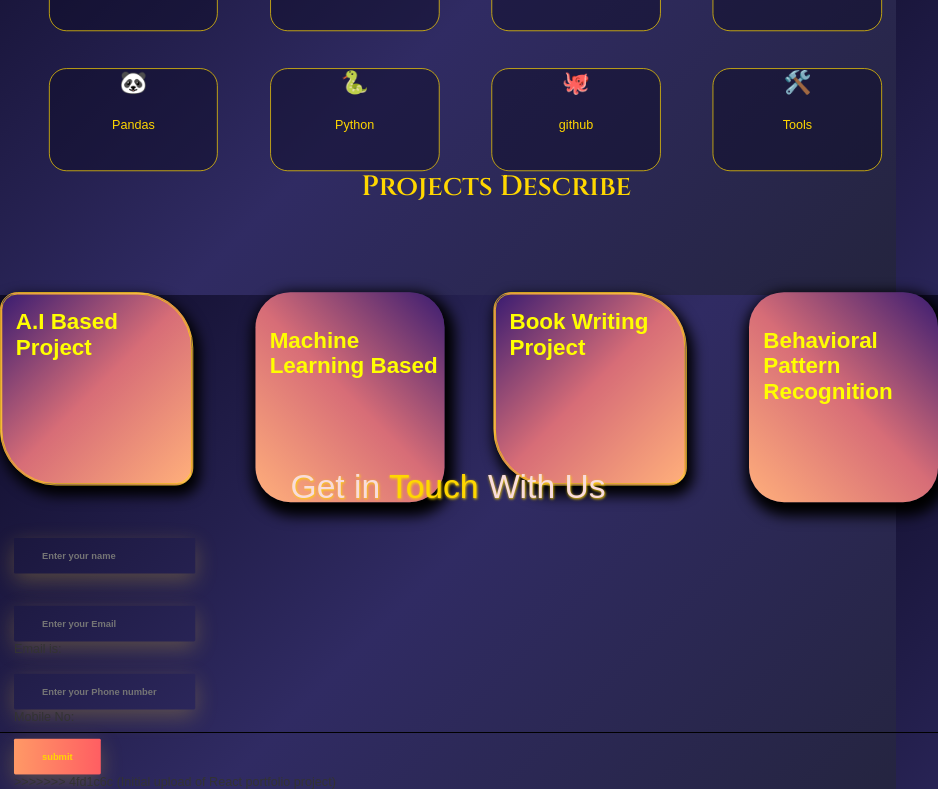
Repository: SandeepYadav18717/Sandeep_portfolio
Page: /
The author's editor kept a copy of each file at every save. The page is drawn from the files as they stood at one save, then again after the next save.
The browser window is 1280 px wide. The page is 1340 px wide, so the pictures cover 1340 px, including what lies to the right of the window. The pictures show the part of the page from y = 1859 to 3699 px (the page is 2986 px tall before and 3790 px after), at 70% of full size.
The project was rebuilt for these pictures with package versions that can differ from the ones it lists, and the page was loaded fresh each time. Also part of the build but not shown: vite.config.js, src/index.css.

Above is the page before, as saved 2025-09-01 20:19:55.

### index.html
<<<<<<< HEAD
 <!DOCTYPE html>
<html lang="en">
<head>
    <meta charset="UTF-8">
    <meta name="viewport" content="width=device-width, initial-scale=1.0">
    <title>Portfolio - Sandeep Yadav</title>
    <style>
        body {
            margin: 0;
            font-family: 'Arial', sans-serif;
            background-color: #ffffff;
            color: #333333;
            height: 100vh;
            display: flex;
            flex-direction: column;
            justify-content: space-between;
        }

        .container {
            max-width: 1200px;
            margin: 0 auto;
            padding: 20px;
            flex: 1;
        }

        .navbar {
            display: flex;
            justify-content: space-between;
            align-items: center;
            padding: 20px;
            background-color: #f8f8f8;
            box-shadow: 0 4px 8px rgba(0, 0, 0, 0.1);
            animation: slideIn 1s ease-out;
        }

        .navbar ul {
            list-style: none;
            display: flex;
            gap: 20px;
        }

        .navbar ul li {
            display: inline;
        }

        .navbar ul li a {
            color: #333333;
            text-decoration: none;
            font-weight: bold;
            transition: color 0.3s;
        }

        .navbar ul li a:hover {
            color: #007bff;
        }

        .hero {
            text-align: center;
            padding: 100px 20px;
            background: linear-gradient(135deg, #f8f8f8, #ffffff);
            animation: fadeIn 2s ease-in-out;
            flex: 1;
        }

        .hero h1 {
            font-size: 3em;
            margin: 0;
            color: #007bff;
            animation: bounceIn 1.5s ease-in-out;
        }

        .hero p {
            font-size: 1.2em;
            margin: 20px 0;
            color: #333333;
            animation: fadeIn 2s ease-in-out;
        }

        .hero a {
            display: inline-block;
            padding: 10px 20px;
            color: #ffffff;
            background-color: #007bff;
            text-decoration: none;
            border-radius: 5px;
            transition: background-color 0.3s;
            animation: fadeIn 2s ease-in-out;
        }

        .hero a:hover {
            background-color: #0056b3;
        }

        .footer {
            text-align: center;
            padding: 20px;
            background-color: #f8f8f8;
            animation: slideIn 1s ease-out;
        }

        .footer a {
            color: #007bff;
            text-decoration: none;
        }

        @keyframes slideIn {
            from {
                transform: translateY(-100%);
                opacity: 0;
            }
            to {
                transform: translateY(0);
                opacity: 1;
            }
        }

        @keyframes fadeIn {
            from {
                opacity: 0;
            }
            to {
                opacity: 1;
            }
        }

        @keyframes bounceIn {
            0%, 20%, 40%, 60%, 80%, 100% {
                transform: translateY(0);
            }
            50% {
                transform: translateY(-20px);
            }
        }
    </style>
</head>
<body>
    <div class="container">
        <nav class="navbar">
            <div class="logo">
                <h1>Portfolio</h1>
            </div>
            <ul>
                <li><a href="index.html">Home</a></li>
                <li><a href="about sandeep.html">About</a></li>
                <li><a href="Sandeep port experience.html">Skills</a></li>
                <li><a href="Sandeep port certifications.html">Certificates</a></li>
            </ul>
        </nav>

        <section class="hero" id="home">
            <h1>Hello! I Am Sandeep Yadav</h1>
            <p>Welcome to my portfolio. Explore my work and skills.</p>

        </section>

        <footer class="footer">
            <p>Connect with me on <a href="https://instagram.com/sandeepyadav782707?utm_source=qr&igshid=ZDc4ODBmNjlmNQ%3D%3D">Instagram</a> and <a href="https://www.linkedin.com/in/sandeep-yadav-0b6357210">LinkedIn</a></p>
        </footer>
    </div>
</body>
</html>
=======
<!doctype html>
<html lang="en">
  <head>
    <meta charset="UTF-8" />
    <link rel="icon" type="image/svg+xml" href="/vite.svg" />
    <meta name="viewport" content="width=device-width, initial-scale=1.0" />
    <title>Vite + React</title>
  </head>
  <body>
    <div id="root"></div>
    <script type="module" src="/src/main.jsx"></script>
  </body>
</html>
>>>>>>> 4fd1c6c (Initial upload of React portfolio project)

### src/App.jsx
import { useEffect } from "react";
import Navbar from "./navbar/Navbar";
import Index from "./Pages/Index";
import Skills from "./Pages/Skills";
import Cards from "./Cards/Cards";
import Contact from "./Contact/contact";
import "./App.css";

function App() {
  useEffect(() => {
    const sections = document.querySelectorAll(".section");

    const observer = new IntersectionObserver(
      (entries) => {
        entries.forEach((entry) => {
          if (entry.isIntersecting) {
            entry.target.classList.add("visible");
          }
        });
      },
      { threshold: 0.2 }
    );

    sections.forEach((section) => observer.observe(section));

    return () => {
      sections.forEach((section) => observer.unobserve(section));
    };
  }, []);

  return (
    <>
      <Navbar />

      <section id="home" className="section">
        <Index />
      </section>

      <section id="skills" className="section">
        <Skills />
      </section>

      <section id="projects" className="section">
        <Cards />
      </section>

      <section id="contact" className="section">
        <Contact />
      </section>
    </>
  );
}

export default App;

### src/Navbar/Navbar.jsx
import "./Navabr.css";



import { useState,useEffect } from 'react'
function Navbar() {
  const [loaded, setLoaded] = useState(false);

  useEffect(() => {
    // Trigger animation when component mounts
    setLoaded(true);
  }, []);
  function About(){
    location.href = 'Home.jsx';
    console.log("clickedded");
  }
  function Project(){
    location.href = 'Cards.jsx';
    console.log("clicked");
  }

    return (
        <div id="container">
       <a href="#home" className="nav-item">Home</a>
        <a href="#skills" className="nav-item">Skills</a>
        <a href="#projects" className="nav-item">Projects</a>
        <a href="#contact" className="nav-item">Contact</a>
        </div>
    )
}

export default Navbar;

### src/Pages/Index.jsx

import "./Home.css";

function Home() {
  return (
    <>

     <div id="detail">
     <div id="overlay">I'm sandeep Yadav</div>
     <div id="bg-Photo"></div>
     <div id="intro">
          I am a dedicated and passionate individual with a strong interest in
          software development and data analytics. I am eager to apply my skills
          and knowledge in a professional setting, contributing to innovative
          projects and collaborating with a dynamic team. I am committed to
          continuous learning and growth in the ever-evolving field of
          technology.
        </div>


   <div id="name">
          Sandeep Yadav
        </div>
   <div id="role">
          Aspiring Software Developer
        </div>

     </div>
     <br/><br/><br/><br/><br/>
    </>
  );
}

export default Home;

### src/Pages/Skills.jsx
import { Card } from "../Cards/Cards"
import "./Skills.css"


function Skills() {
  return (
    <>
      <h1> Technologies & Tools</h1>
      <div id="card-skill">
        <Card
          className="card-skill-1"
          title={<h3>⚛️</h3>}
          description="React"
        />
        <Card
          className="card-skill-2"
          title={<h3>🌐</h3>}
          description="HTML / CSS"
        />
        <Card
          className="card-skill-3"
          title={<h3>📜</h3>}
          description="JavaScript"
        />
        <Card
          className="card-skill-4"
          title={<h3>🗄️</h3>}
          description="SQL"
        />
      </div>

      {/* another div line 2 */}
      <div id="card-skill">
        <Card
          className="card-skill-1"
          title={<h3>🐼</h3>}
          description="Pandas"
        />
        <Card
          className="card-skill-2"
          title={<h3>🐍</h3>}
          description="Python"
        />
        <Card
          className="card-skill-3"
          title={<h3>🐙</h3>}
          description="github"
        />
        <Card
          className="card-skill-4"
          title={<h3>🛠️</h3>}
          description="Tools"
        />
      </div>
    </>
  )
}

export default Skills;

### src/Cards/Cards.jsx
import "./Card.css";

function Card(props) {
  return (
    <div className={props.className}>
       {/* //<div className="card-1"> </div> */}
      <div className={props.backClass}>
        {/* //<div className="Back"> </div> */}
        <h3>{props.title}{props.icon}</h3>
          {/* title="Machine Learning Project" */}
        <p>{props.description}</p>
      </div>
    </div>
  );
}

function Cards() {
  return (
    <div>
    <text

        style={{

          color: "#FFD700",
        fontFamily: 'Cinzel',
          textAlign: "center",
          fontSize: "40px",
          marginTop: "25%",
          marginLeft:"40%"
        }}
      >
        Projects Describe
      </text>

      <div id="card-contain">
        {/* Card-1 */}
        <Card
        className="card-1"
        backClass="Back"
        title="A.I Based Project"
        description="Developed a back-end system using Python and pandas to automatically send
          tailored mass emails to more than 1000 recipients. Developed a user-friendly
          front-end   , CSS, and JavaScript, enabling users to upload
          files and extract over 100 email addresses. Successfully implemented logic to
          dynamically populate email templates, reducing 20% manual effort."
        />

        {/* Card-2 */}
        <Card
          className="card-2"
          backClass="Back-X"
          title="Machine Learning Based"
          description="Created a Supervised Learning model for Behavioral Pattern Recognition to
          effectively arrange and distribute time for more than 15 user tasks. 10% more
          user productivity and time savings were achieved through suggested performance
          enhancements and intelligent time allocation using HTML, CSS, JavaScript, and ML."
        />

        {/* Card-3 */}
        <Card
          className="card-3"
          backClass="Back"
          title="Book Writing Project"
          description="Co-authoring a technical book on Machine Learning (ML) concepts and applications with 1+ one or more faculty members.
 Using real-world examples in Python, I have written and organized more than 5 chapters on the basics of supervised learning techniques, such as linear regression.
"
        />

        {/* Card-4 */}
        <Card
          className="card-4"
          backClass="Back-X"
          title="Behavioral Pattern Recognition"
          description="Created a Supervised Learning model for Behavioral Pattern Recognition to
          effectively..."
        />
      </div>
    </div>
  );
}
export { Card };
export default Cards;

### src/Contact/contact.jsx
import { useState } from "react";
import "./contact.css";

function Contact() {
  const [name, setName] = useState("");
  const [Email, setEmail] = useState("");
  const [phone, setPhone] = useState("");
  function on(event){
    setName(event.target.value)

  }
   function email(event){
    setEmail(event.target.value)

  }
   function Phone(event){
    setPhone(event.target.value)

  }


  return (
    <>
    <div id="heading">Get in <span style={{color:"gold"}}>Touch</span> With Us
</div>
<br />
<div id="value">
      <input
        type="text"
        onChange={on}

        placeholder="Enter your name"
        className="input-box"
      /><br />
      {name}

      <br />

      <input
      className="input-box"
        type="email"
        onChange={email}
        placeholder="Enter your Email"
      /><br />
     Email is: {Email}
<br />
       <input
       className="input-box"
        type="Phone"
        onChange={Phone}

        placeholder="Enter your Phone number"
      />
      <br />
      Mobile No:{phone}
      <br />
    <br />

  <button >submit</button>
    </div>
    </>
  );
}


export default Contact;

### src/App.css
html{
    transition: all;
}

### src/Navbar/Navabr.css
@import url('https://fonts.googleapis.com/css2?family=Press+Start+2P&display=swap');
html {
  scroll-behavior: smooth;
}
#container {
    height: 70px;
    width: 100%;
    display: flex;
    justify-content: space-evenly;
    align-items: center;
    font-family: 'Press Start 2P', cursive;
    color: #4e3940;
    background-color: transparent;
    transition: all 0.2s ease-in-out;
}
#container

.nav-item {
    padding: 10px 25px;
    border-radius: 10px;


    transition: all 0.4s ease;
}

#container .nav-item:hover {
    text-shadow: 2px 2px 5px whitesmoke;
    box-shadow: 0 10px 20px rgba(0,0,0,0.5);
    transform: translateY(-10px) scale(1.1);
    background-color:  #4e3940;
    color: whitesmoke;
    cursor: pointer;
}

body{
    background: linear-gradient(135deg,black);
    height: 100vh;
}

### src/Pages/Home.css
@import url('https://fonts.googleapis.com/css2?family=Great+Vibes&display=swap');
@import url("https://fonts.googleapis.com/css2?family=Dancing+Script:wght@600&display=swap");

#detail {
  position: relative;
  margin-top: 0%;
  height: auto;
  padding: 50px;
  display: flex;
  flex-direction: column;
  align-items: center;
}

#bg-Photo {
  height: 250px;
  width: 250px;
  background: linear-gradient(to right, #ff9966, #ff5e62);
  border-radius: 50%;
  margin-bottom: 30px;
  margin-left: 100vh;
  box-shadow: 12px 5px 25px #ff5e62;
  animation: photoSlide 1.5s ease forwards;
}

@keyframes photoSlide {
  from {
    transform: translateY(-200%);
    opacity: 0;
  }
  to {
    transform: translateY(0);
    opacity: 1;
  }
}


#name {
  font-family: 'Montserrat', sans-serif;
  font-size: 30px;
  color: white;
  margin-bottom: 10px;
  margin-left: 50%;
  animation: nameSlide 1.5s ease forwards;
}

@keyframes nameSlide {
  from {
    transform: translateX(-100%);
    opacity: 0;
  }
  to {
    transform: translateX(0);
    opacity: 1;
  }
}


#role {
  font-family: 'Montserrat', sans-serif;
  font-size: 22px;
  color: #ffd700;
  margin-bottom: 20px;
  animation: roleSlide 1.5s ease forwards;
  margin-left: 50%;
}

@keyframes roleSlide {
  from {
    transform: translateX(100%);
    opacity: 0;
  }
  to {
    transform: translateX(0);
    opacity: 1;
  }
}


#intro {
  font-family: 'Montserrat', sans-serif;
  font-size: 18px;
  color: white;
  text-align: center;
  margin-right: 100vh;
  max-width: 100vh;
  text-shadow: 2px 2px 5px black;
  animation: introSlide 2s ease forwards;
  opacity: 0;
}

@keyframes introSlide {
  from {
    transform: translateY(200%);
    opacity: 0;
  }
  to {
    transform: translateY(0);
    opacity: 1;
  }
}
#overlay {
  position: absolute;
  color:  #ff5e62;
  top: 40%;
  left: 5%;
  font-size: 400%;
  height: 100%;
}

#name {
  font-family: 'Great Vibes', cursive;
  font-size: 3.5rem;
  text-align: center;
  margin-top: 20px;


  background: linear-gradient(45deg, #ff9a9e, #fad0c4, #fbc2eb);
  background-clip: text;
  -webkit-text-fill-color: transparent;
}
#overlay{
   font-family:  'Dancing Script', cursive;
  font-size: 3.5rem;
  text-align: center;


}

### src/Pages/Skills.css
@import url("https://fonts.googleapis.com/css2?family=Monoton&display=swap");

html {
  scroll-behavior: smooth;
}
h1 {
  text-align: center;
  color: gold;

  margin-top: 20px;
  font-size: 250%;
  margin-top: 5%;
  font-family: 'Bebas Neue';
}
#card-skill {
  height: 200px;
  display: flex;

  align-items: center;
  gap:2%;
  border-radius: 20px;
  color: white;
  width:100%




}
.card-skill-1,.card-skill-2,.card-skill-3,.card-skill-4{
    background-color:  rgba(15, 12, 41, 0.7);
    border: 1px solid gold;
    height:145px;
    width:250px;
    background: rgba(15, 12, 41, 0.5);
    border-radius: 25px;
    margin-left: 4%;
    margin-top: 5%;
    text-align: center;
    color: #ffd700


 ;


}
.card-skill-1:hover,.card-skill-2:hover,.card-skill-3:hover,.card-skill-4:hover,.card-skill.h3:hover{
    border-color: #ffd700;
    box-shadow: 10px 15px 15px rgba(255, 215, 0, 0.2),  0 2.5px 5px crimson;
    transform: scale(1.3);
    border:2px, double ,gold;

}
.card-skill.h3 {
  color: yellow;
  background: transparent;
  display: inline-block;
  font-size: 20px;
  transition: transform 0.3s ease, color 0.3s ease;
  height: 35px;
  width:250px;
}

### src/Cards/Card.css
@import url('https://fonts.googleapis.com/css2?family=Montserrat:wght@400;700&display=swap');
@import url('https://fonts.googleapis.com/css2?family=Cinzel:wght@600&display=swap');

.aesthetic-heading {
  font-family: 'Cinzel', serif;
  font-size: 65px;
  letter-spacing: 4px;
  color: #e0c097;
  text-align: center;
  margin-top: 50px;
  text-shadow: 2px 2px 15px rgba(224, 192, 151, 0.6);
}

#card-contain{
    display: flex;

    height:250px;
    margin-top: 10%;
    justify-content: center;
    border-radius: 25px;
    gap:4%



}


.Back {
  background: linear-gradient(135deg, #3a1c71, #d76d77, #ffaf7b);
  height: 250px;
  width: 250px;
  border-radius: 25px 80px 25px  80px;
  border: 3px double gold;
   margin-left: 0px;
   padding-left: 20px;
   padding-top: 20px;
  transition: transform 0s ease;
  box-shadow: 5px 10px 18px 5px black ;
  animation: card 1s ease-in-out 0s;

}
@keyframes card {
  0%{
    transform: scale(0.5);
    opacity: 0;


  }


  100%{
    transform: scale(1);
    opacity: 200;
  }

}

.Back:hover {
 transform: rotateY(180deg);
 height:400px;
 color: wheat;
  background: linear-gradient(135deg, #0f0c29, #302b63, #24243e);
  border: 3px solid gold;
  box-shadow: 5px 10px 18px  crimson;
  font-family:'Montserrat' ;
}

.Back-X {
  background: linear-gradient(-135deg, #3a1c71, #d76d77, #ffaf7b);
  height: 250px;
  width: 250px;
  padding-left: 20px;
  padding-top: 50px;
  border-radius: 50px;
   margin-left: 0px;
  transition: transform 0s ease;
  box-shadow: 5px 10px 18px 10px black;


}
.Back-X:hover {
  transform: rotateX(180deg);
 height:400px;
 padding-top: 20px;
 color: wheat;
  background: linear-gradient(135deg, #0f0c29, #302b63, #24243e);
  border: 3px solid gold;
  box-shadow: 5px 10px 18px  crimson;
  font-family:'Montserrat' ;



}

.card-1,.card-3  {
  border-radius: 25px;
  height: 250px;
   margin-left: 40px;
  color: transparent;
  transition: transform 1s ease;


}
.card-1:hover {
  transform: rotateY(180deg);


}


.card-2,.card-4 {

  height: 450px;
  width: 250px;
  border-radius: 25px;
   margin-left: 40px;
  transition: transform 1s ease;
  color: transparent;

}

.card-2:hover {
  transform: rotatex(180deg);

}


.card-3:hover {
  transform: rotateY(180deg);
   color: wheat;
}

.card-4:hover {
  transform: rotateX(180deg);

}
body{
 background: linear-gradient(135deg, #0f0c29, #302b63, #24243e);
            color: #f8f8f8;
            min-height: 100vh;
            padding: 20px;
}
h3{
  color: yellow;
  font-size: xx-large;
  margin-top:0% ;
}
h3:hover{
  color: yellow;

  margin-top:0% ;
}
p{
  margin-top: 0%;
}

### src/Contact/contact.css
html {
  scroll-behavior: smooth;
}

body{
    background-color: azure;
    color: aqua;
    font-size: large;
}
.input-box {
             display: inline-flex;
            align-items: center;
            gap: 15px;
            margin-top: 2%;
            padding: 18px 40px;
            background: linear-gradient(135deg, var(--gold) 0%, #B8860B 100%);
            color: var(--dark);
            border: none;
            font-weight: 600;
            border-radius: 2px;
            transition: var(--transition);
            box-shadow: 0 10px 30px rgba(212, 175, 55, 0.3);
            cursor: pointer;



}
@keyframes input {
   25% {
    transform: translateY(-1225px);
  }
  50% {
    transform: translateZ(100px) translateY(100px);
  }
  75% {
    transform: translateZ(1225px);
  }
}


.input-box:focus {
  border-color: #007bff;
  box-shadow: -4px 15px 25px rgba(240, 241, 243, 0.5);
  width: 500px;

}
button{
    display: inline-flex;
            align-items: center;

            gap: 15px;
            padding: 18px 40px;
            background: linear-gradient(to right, #ff9966, #ff5e62);
            color: Gold;
            border: yellow;
            font-weight: 600;
            border-radius: 2px;
            transition: var(--transition);
            box-shadow: 0 10px 30px rgba(212, 175, 55, 0.3);
            cursor: pointer;
}
button:hover{
     transform: translateY(-3px);
            box-shadow: 0 15px 40px rgba(212, 175, 55, 0.4);
}
#heading{
    font-size: xxx-large;
    color:  #f9dcdc;
    text-shadow: 1px 1px 4px  gold;
    text-align: center;
}

Loaded but not shown: src/main.jsx (common file)

After the next save:
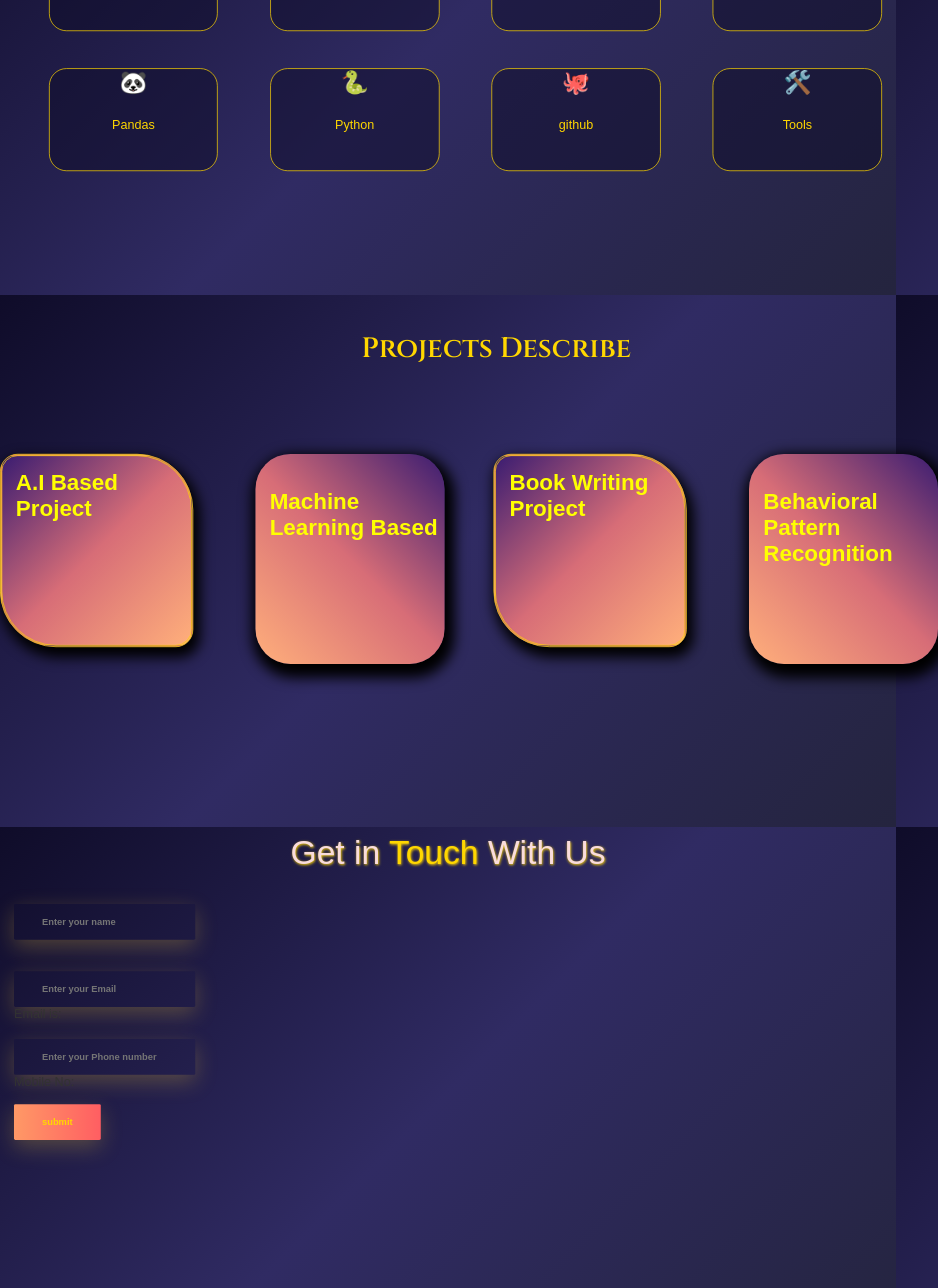
Saved 13 s later.
--- a/src/App.css
+++ b/src/App.css
@@ -1,3 +1,15 @@
-html{
-    transition: all;
+html {
+  scroll-behavior: smooth;
 }
+
+.section {
+  min-height: 100vh;
+  opacity: 0;
+  transform: translateY(50px);
+  transition: all 0.8s ease-in-out;
+}
+
+.section.visible {
+  opacity: 1;
+  transform: translateY(0);
+}
